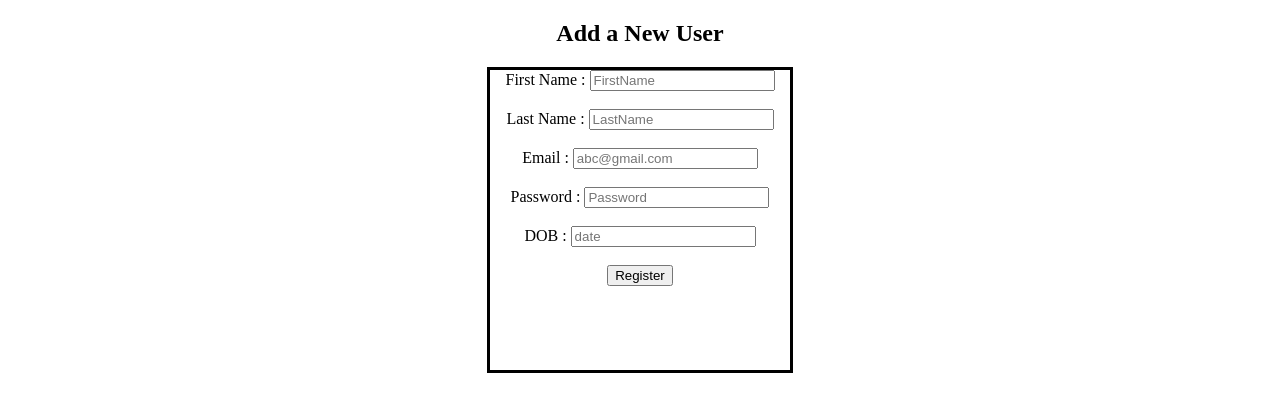
Repository: KD3-86718-yagywalky/Advance-java
Page: http://localhost/Assignment04/newuser.jsp
These files come from the project's save history. The page is drawn as it stood at one moment and after the next save; the edit follows.
The browser window is 1280 px wide. The pictures show the whole page.
The page is served by Tomcat 9. Other server files are loaded and not shown.

Above is the page before, as saved 2024-12-05 13:15:27.

### Assignment_04/Assignment04/src/main/webapp/newuser.jsp
<%@ page language="java" contentType="text/html; charset=ISO-8859-1"
    pageEncoding="ISO-8859-1"%>
<!DOCTYPE html>
<html>
<head>
<meta charset="ISO-8859-1">
<title>Insert title here</title>
</head>
<body style="text-align: center;">

<h2>Add a New User </h2>
<center>
<div style="height: 300px; width: 300px; border: solid; align-self: center; margin: 10px" >

<form action="register.jsp" method="post">
First Name : <input type="text" name="fname" placeholder="FirstName"> <br/><br/>
Last Name : <input type="text" name="lname" placeholder="LastName"> <br/><br/>
Email : <input type="email" name="email" placeholder="abc@gmail.com"> <br/><br/>
Password : <input type="password" name="passwd" placeholder="Password"> <br/><br/>
DOB : <input type="text" name="date" placeholder="date"> <br/><br/>
<input type="submit" value="Register"> <br/><br/>
</form>
</div>

</body>
</html>

After the next save:
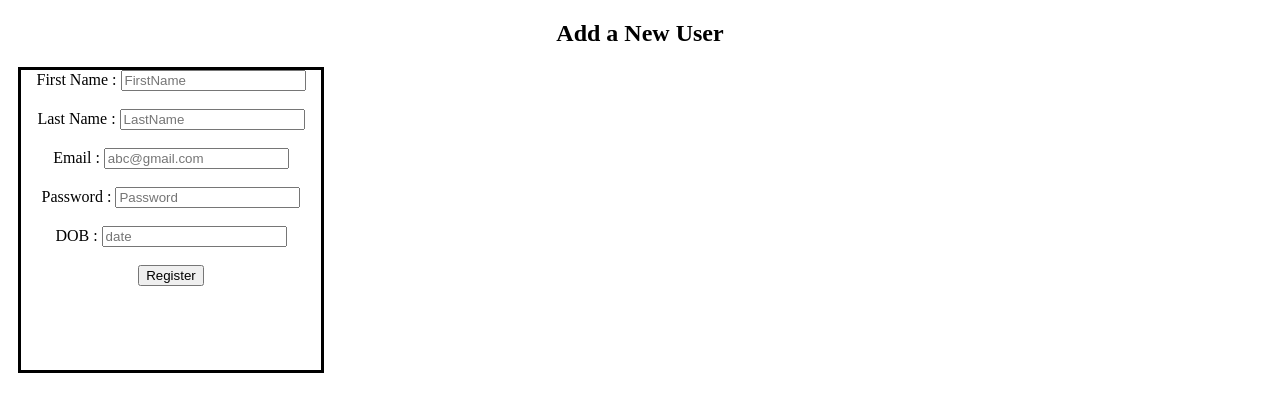
Saved 6 s later.
--- a/Assignment_04/Assignment04/src/main/webapp/newuser.jsp
+++ b/Assignment_04/Assignment04/src/main/webapp/newuser.jsp
@@ -9,7 +9,7 @@
 <body style="text-align: center;">
 
 <h2>Add a New User </h2>
-<center>
+
 <div style="height: 300px; width: 300px; border: solid; align-self: center; margin: 10px" >
 
 <form action="register.jsp" method="post">

After the save that followed:
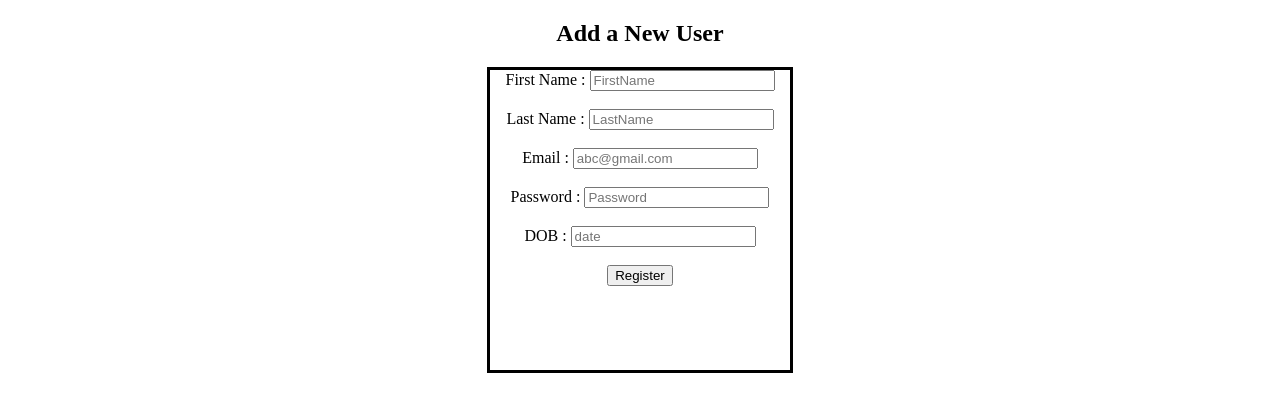
Saved 8 s later.
--- a/Assignment_04/Assignment04/src/main/webapp/newuser.jsp
+++ b/Assignment_04/Assignment04/src/main/webapp/newuser.jsp
@@ -9,7 +9,7 @@
 <body style="text-align: center;">
 
 <h2>Add a New User </h2>
-
+<center>
 <div style="height: 300px; width: 300px; border: solid; align-self: center; margin: 10px" >
 
 <form action="register.jsp" method="post">
